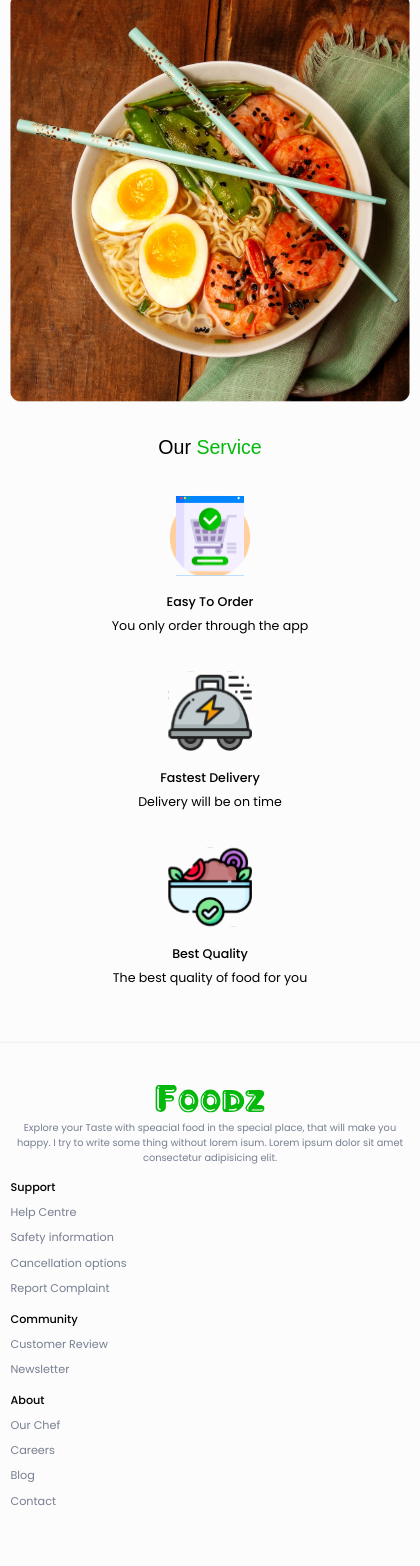
Repository: Toan3333/fooz
Page: assets/pages/about.html
An editor plug-in stored every save of this project. The page is shown before and after the next save, followed by the edit.
The browser window is 600 px wide. The pictures show the part of the page from y = 375 to 2615 px (the page is 2612 px tall before and 2615 px after), at 70% of full size.
Some web fonts or font styles are not loaded; a fallback is used.

Above is the page before, as saved 2023-06-11 11:36:41.

After the next save:
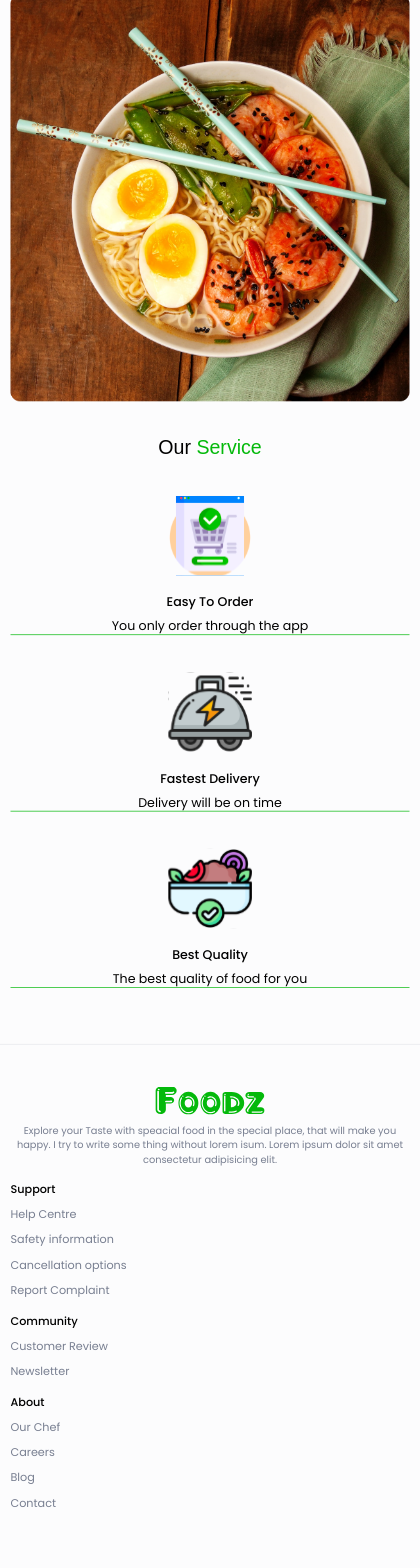
Saved 11 s later.
--- a/assets/css/responsive.css
+++ b/assets/css/responsive.css
@@ -382,6 +382,9 @@
     grid-template-columns: repeat(1, 1fr);
     grid-gap: 40px;
   }
+  .service__list-item {
+    border-bottom: 1px solid var(--primary-color);
+  }
   .service__list-image {
     width: 120px;
     height: 140px;

After the 2 saves that followed:
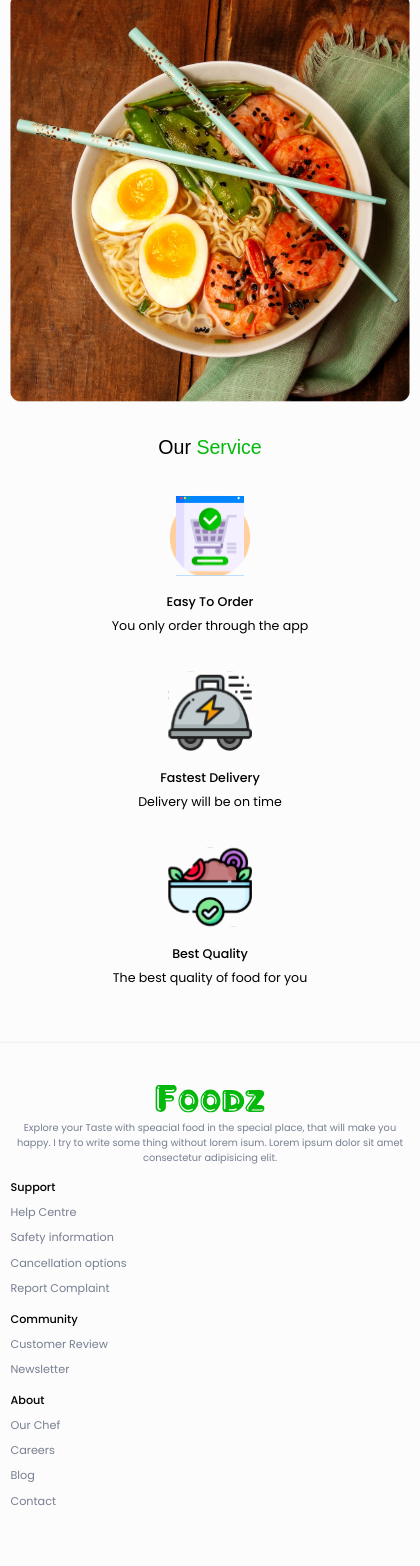
The 2 saves are shown as one change because they came seconds apart.
The last was saved 6 s later.
--- a/assets/css/responsive.css
+++ b/assets/css/responsive.css
@@ -382,9 +382,6 @@
     grid-template-columns: repeat(1, 1fr);
     grid-gap: 40px;
   }
-  .service__list-item {
-    border-bottom: 1px solid var(--primary-color);
-  }
   .service__list-image {
     width: 120px;
     height: 140px;
